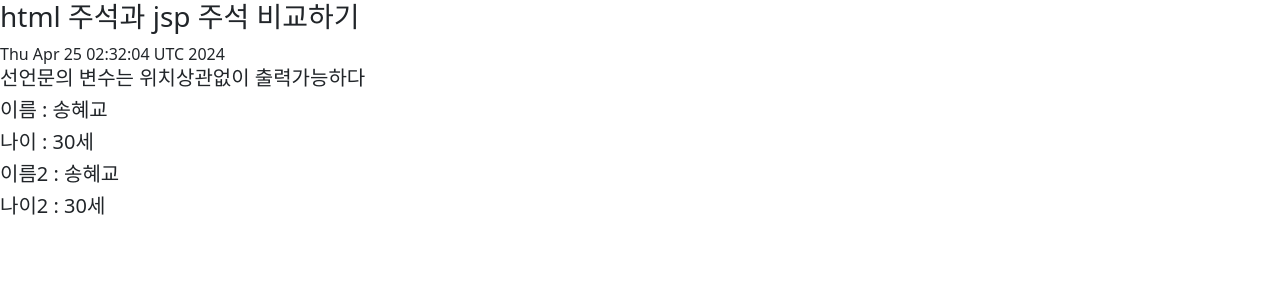
Repository: hyuck9409/newnaver0314
Page: http://localhost/StartWebProject/ex1_hello.jsp
These files come from the project's save history. The page is drawn as it stood at one moment and after the next save; the edit follows.
The browser window is 1280 px wide. The pictures show the whole page.
The page is served by Tomcat 9.

Above is the page before, as saved 2024-04-25 05:41:20.

### naver0314devops11/javawork/StartWebProject/src/main/webapp/ex1_hello.jsp
<%@page import="java.util.Date"%>
<%@ page language="java" contentType="text/html; charset=UTF-8"
	pageEncoding="UTF-8"%>
<!DOCTYPE html>
<html>
<head>
<meta charset="UTF-8">
<title>Insert title here</title>
<link
	href="https://cdn.jsdelivr.net/npm/bootstrap@5.3.3/dist/css/bootstrap.min.css"
	rel="stylesheet">
<script
	src="https://cdn.jsdelivr.net/npm/bootstrap@5.3.3/dist/js/bootstrap.bundle.min.js"></script>
<link rel="stylesheet"
	href="https://cdn.jsdelivr.net/npm/bootstrap-icons@1.8.0/font/bootstrap-icons.css">
<script src="https://code.jquery.com/jquery-3.7.0.js"></script>
<style>
</style>
</head>
<body>
	<h3>html 주석과 jsp 주석 비교하기</h3>
	<!-- html 주석입니다 -->
	<%--jsp 주석입니다 --%>
	<%=new Date()%>

	<!-- html 주석입니다,<%=new Date()%> -->
	<%--jsp 주석입니다,<%=new Date()%> --%>

	<h5>선언문의 변수는 위치상관없이 출력가능하다</h5>
	<h5>이름 : <%=name %></h5>
	<h5>나이 : <%=age %>세</h5>

	<%!
	//선언문이라고 부른다
	//여기서 선언하는 변수는 서블릿으로 변환시 위치 상관없이 멤버변수로 선언된다
	String name="송혜교";
	int age=30;
	%>

	<h5>이름2 : <%=name %></h5>
	<h5>나이2 : <%=age %>세</h5>
</body>
</html>

After the next save:
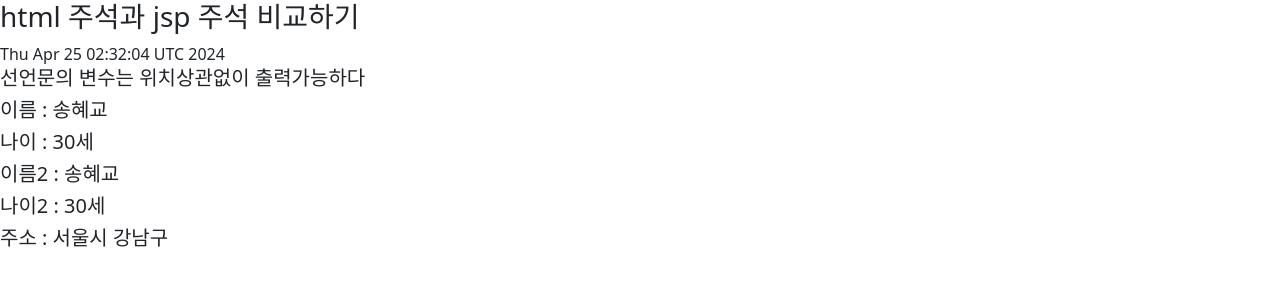
Saved 2 min 56 s later.
--- a/naver0314devops11/javawork/StartWebProject/src/main/webapp/ex1_hello.jsp
+++ b/naver0314devops11/javawork/StartWebProject/src/main/webapp/ex1_hello.jsp
@@ -39,5 +39,14 @@
 
 	<h5>이름2 : <%=name %></h5>
 	<h5>나이2 : <%=age %>세</h5>
+
+
+	<%
+	//스크립트릿이라고 부른다(scriptlet)
+	//자바영역:서블릿변환시 특정 메소드 내의 지역변수로 선언된다
+	String addr="서울시 강남구";
+
+	%>
+	<h5>주소 : <%=addr %></h5>
 </body>
 </html>
